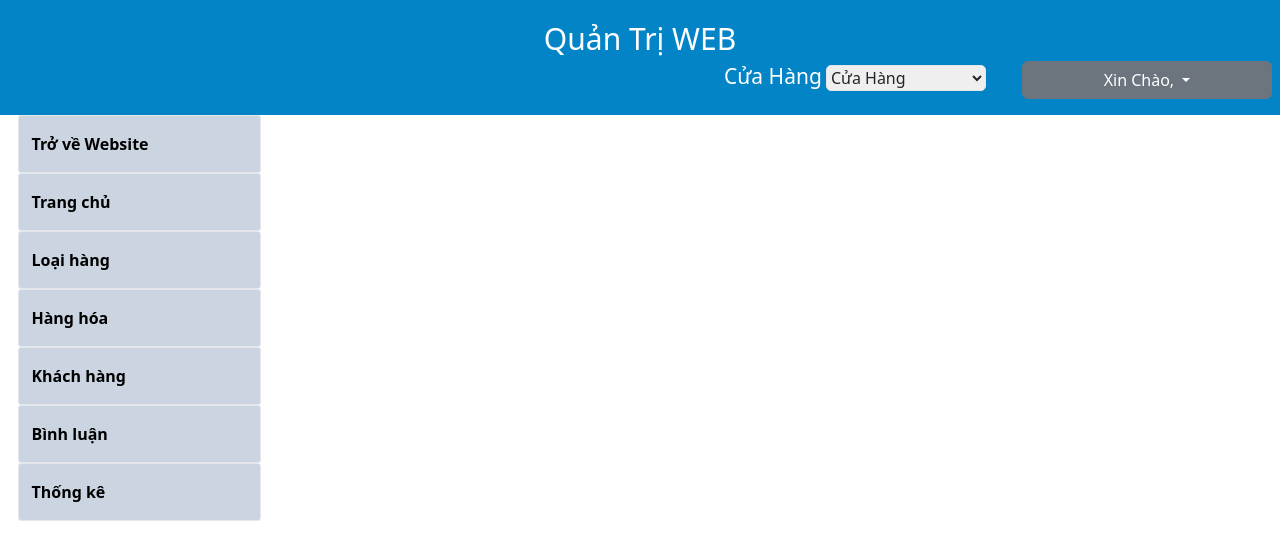
Repository: Leduc20/Website-Shopping-Clothes-Men-master
Page: http://localhost/webbanhang/admin/?list-danh-muc
An editor plug-in stored every save of this project. The page is shown before and after a run of saves, followed by the edit.
The browser window is 1280 px wide. The pictures show the whole page.
Some web fonts or font styles are not loaded; a fallback is used. Some web libraries are served in a nearby version. The page is run by PHP 8.4 with error messages shown; the project is at /var/www/html/.

Above is the page before, as saved 2022-11-14 17:19:42.

### admin/index.php
<?php
    require_once '../global.php';
    require_once '../model/pdo.php';

    if(isset($_GET['chi-tiet'])){
        $VIEW_NAME = 'chi-tiet.php';
    }elseif(isset($_GET['danh-muc'])){
        $VIEW_NAME = 'danh-muc.php';
    }else{
        $VIEW_NAME = 'trang-chu.php';
    }

    include_once '../admin/layout.php';
?>

### global.php
<?php

function dd(){
    echo "<pre>";
    $args = func_get_args();
    var_dump($args);
    die;
}


const BASE_URL = "http://localhost/WEBBANHANG/";
const SITE_URL = BASE_URL . "site/index.php";
const ADMIN_BASE = BASE_URL . 'admin/';


?>

### model/pdo.php
<?php
const DBNAME = "mvc";
const DBUSER = "root";
const DBPASS = "";
const DBCHARSET = "utf8";
const DBHOST = "127.0.0.1";

// tạo kết nối từ project php sang mysql
function getConnect(){
    $connect = new PDO("mysql:host=" . DBHOST
                        . ";dbname=" . DBNAME
                        . ";charset=" . DBCHARSET,
                        DBUSER,
                        DBPASS
            );
    return $connect;
}



function pdo_query_all($query){
    // select * from users where email = ? or role_id = ?

    $args = func_get_args();
    $args = array_slice($args, 1);

    $conn = getConnect();

    $stmt = $conn->prepare($query);
    $stmt->execute($args);
    $data = $stmt->fetchAll();
    if(count($data) > 0){
        return $data;
    }

    return [];

}


function pdo_query_one($query){
    // select * from users where email = ? or role_id = ?

    $args = func_get_args();
    $args = array_slice($args, 1);

    $conn = getConnect();

    $stmt = $conn->prepare($query);
    $stmt->execute($args);
    $data = $stmt->fetch();
    if(count($data) > 0){
        return $data;
    }
    return null;

}


function pdo_execute_get_id($query){

    $args = func_get_args();
    $args = array_slice($args, 1);

    $conn = getConnect();

    $stmt = $conn->prepare($query);
    $stmt->execute($args);
    $lastId =  $conn->lastInsertId();
    return $lastId;
}


function pdo_execute($query){

    $args = func_get_args();
    $args = array_slice($args, 1);

    $conn = getConnect();

    $stmt = $conn->prepare($query);
    $stmt->execute($args);

}
?>

### admin/layout.php
<!DOCTYPE html>
<html lang="en">

<head>
    <meta charset="UTF-8">
    <meta http-equiv="X-UA-Compatible" content="IE=edge">
    <meta name="viewport" content="width=device-width, initial-scale=1.0">
    <title>Show_Product</title>
    <script src="https://cdn.tailwindcss.com"></script>
    <link rel="stylesheet" href="https://cdn.jsdelivr.net/npm/bootstrap@5.2.0/dist/css/bootstrap.min.css">
    <script src="https://cdn.jsdelivr.net/npm/bootstrap@5.2.0/dist/js/bootstrap.bundle.min.js"></script>
    <link rel="stylesheet" href="../icon/fontawesome-free-6.1.1-web/css/all.min.css">
    <script src="https://ajax.aspnetcdn.com/ajax/jQuery/jquery-3.2.1.min.js"></script>
    <script src="http://ajax.aspnetcdn.com/ajax/jquery.validate/1.9/jquery.validate.min.js" type="text/javascript"></script>
</head>

<body>
    <section class="bg-sky-600 py-3 px-2">
        <p class="text-center text-white text-[30px]">Quản Trị WEB</p>
        <div class="flex justify-end">
            <form action="">
                <span class="text-white text-[21px]">Cửa Hàng</span>
                <select name="" id="" class="border-[1px] w-[160px] rounded-[5px]">
                    <option value="">Cửa Hàng</option>
                    <option value="">A</option>
                    <option value="">b</option>
                    <option value="">c</option>
                </select>
            </form>
            <div class="dropdown ml-9 w-[250px]">
                <span class="btn btn-secondary dropdown-toggle w-[250px]" href="#" role="button" data-bs-toggle="dropdown" aria-expanded="false">

                    Xin Chào,<?php
                                if (isset($_SESSION['user'])) {
                                    extract($_SESSION['user']);
                                    echo '<span class="">' . $name . '</span>';
                                }

                                ?>
                </span>

                <ul class="dropdown-menu">
                    <li><a class="dropdown-item" href="#"><i class="fa-solid fa-user"></i>Tài khoản</a></li>
                    <li><a class="dropdown-item" href="index.php?act=thoat"><i class="fa-solid fa-arrow-right-from-bracket"></i>Thoát</a></li>

                </ul>
            </div>
        </div>
    </section>
    <section class="flex px-2">
        <div class="w-[20%]">
            <ul>
                <li class="ml-[10px] py-3 ml-1 border-[1px] bg-slate-300 rounded-[3px] font-bold hover:bg-white">
                    <a class="no-underline text-black" href="../../Xshop-HT/"><i class="fa-solid fa-house"></i>Trở về Website</a>
                </li>
                <li class="ml-[10px] py-3 ml-1 border-[1px] bg-slate-300 rounded-[3px] font-bold hover:bg-white">
                    <a class="no-underline text-black" href="index.php"><i class="fa-solid fa-store"></i>Trang chủ</a>
                </li>
                <li class="ml-[10px] py-3 ml-1 border-[1px] bg-slate-300 rounded-[3px] font-bold hover:bg-white">
                    <a class="no-underline text-black" href="index.php?act=addlh"><i class="fa-solid fa-list"></i>Loại hàng</a>
                </li>
                <li class="ml-[10px] py-3 ml-1 border-[1px] bg-slate-300 rounded-[3px] font-bold hover:bg-white">
                    <a class="no-underline text-black" href="index.php?act=addhh"><i class="fa-solid fa-cart-shopping"></i>Hàng hóa</a>
                <li class="ml-[10px] py-3 ml-1 border-[1px] bg-slate-300 rounded-[3px] font-bold hover:bg-white">
                    <a class="no-underline text-black" href="index.php?act=addkh"><i class="fa-solid fa-users"></i>Khách hàng</a>
                </li>
                <li class="ml-[10px] py-3 ml-1 border-[1px] bg-slate-300 rounded-[3px] font-bold hover:bg-white">
                    <a class="no-underline text-black" href="index.php?act=dsbl"><i class="fa-solid fa-comments"></i>Bình luận</a>
                </li>
                <li class="ml-[10px] py-3 ml-1 border-[1px] bg-slate-300 rounded-[3px] font-bold hover:bg-white">
                    <a class="no-underline text-black" href="index.php?act=dstk"><i class="fa-solid fa-chart-simple"></i>Thống kê</a>
                </li>
            </ul>
        </div>
        <div class="w-[80%]">
            <!-- <div class="p-4">
                <h2 class="text-[22px] font-bold text-center py-3">Danh sách sản phẩm</h2>
            </div> -->
        </div>
    </section>

</body>

</html>

Loaded but not shown: site/src/font/css/all.min.css (library)

After the next 3 saves:
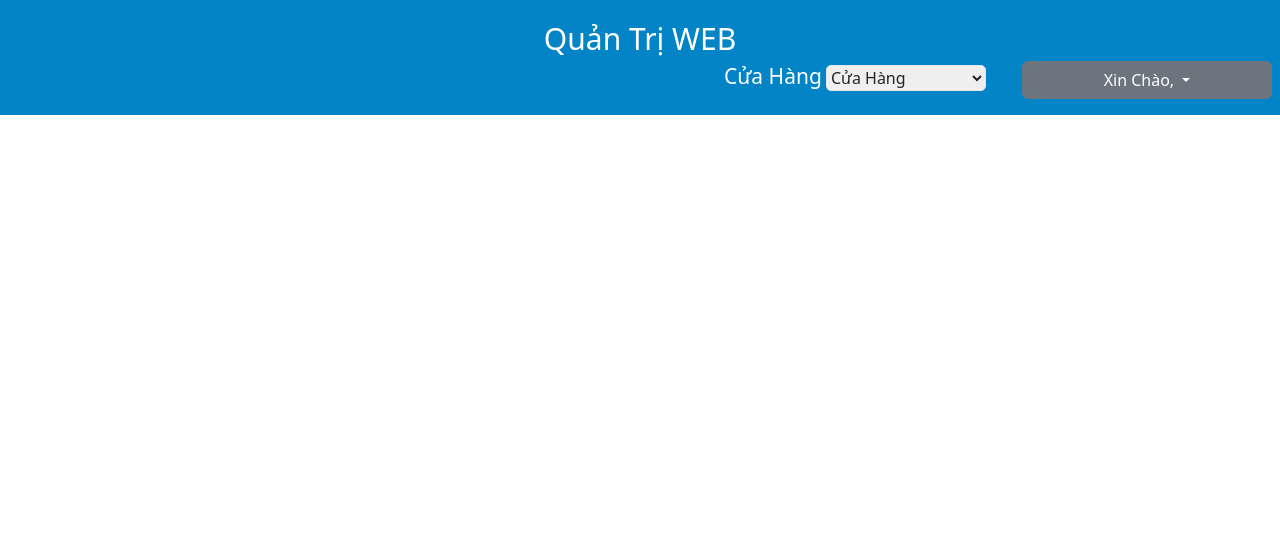
The 3 saves are shown as one change because they came seconds apart.
The last was saved 12 s later.
--- a/admin/layout.php
+++ b/admin/layout.php
@@ -48,30 +48,7 @@
         </div>
     </section>
     <section class="flex px-2">
-        <div class="w-[20%]">
-            <ul>
-                <li class="ml-[10px] py-3 ml-1 border-[1px] bg-slate-300 rounded-[3px] font-bold hover:bg-white">
-                    <a class="no-underline text-black" href="../../Xshop-HT/"><i class="fa-solid fa-house"></i>Trở về Website</a>
-                </li>
-                <li class="ml-[10px] py-3 ml-1 border-[1px] bg-slate-300 rounded-[3px] font-bold hover:bg-white">
-                    <a class="no-underline text-black" href="index.php"><i class="fa-solid fa-store"></i>Trang chủ</a>
-                </li>
-                <li class="ml-[10px] py-3 ml-1 border-[1px] bg-slate-300 rounded-[3px] font-bold hover:bg-white">
-                    <a class="no-underline text-black" href="index.php?act=addlh"><i class="fa-solid fa-list"></i>Loại hàng</a>
-                </li>
-                <li class="ml-[10px] py-3 ml-1 border-[1px] bg-slate-300 rounded-[3px] font-bold hover:bg-white">
-                    <a class="no-underline text-black" href="index.php?act=addhh"><i class="fa-solid fa-cart-shopping"></i>Hàng hóa</a>
-                <li class="ml-[10px] py-3 ml-1 border-[1px] bg-slate-300 rounded-[3px] font-bold hover:bg-white">
-                    <a class="no-underline text-black" href="index.php?act=addkh"><i class="fa-solid fa-users"></i>Khách hàng</a>
-                </li>
-                <li class="ml-[10px] py-3 ml-1 border-[1px] bg-slate-300 rounded-[3px] font-bold hover:bg-white">
-                    <a class="no-underline text-black" href="index.php?act=dsbl"><i class="fa-solid fa-comments"></i>Bình luận</a>
-                </li>
-                <li class="ml-[10px] py-3 ml-1 border-[1px] bg-slate-300 rounded-[3px] font-bold hover:bg-white">
-                    <a class="no-underline text-black" href="index.php?act=dstk"><i class="fa-solid fa-chart-simple"></i>Thống kê</a>
-                </li>
-            </ul>
-        </div>
+
         <div class="w-[80%]">
             <!-- <div class="p-4">
                 <h2 class="text-[22px] font-bold text-center py-3">Danh sách sản phẩm</h2>
